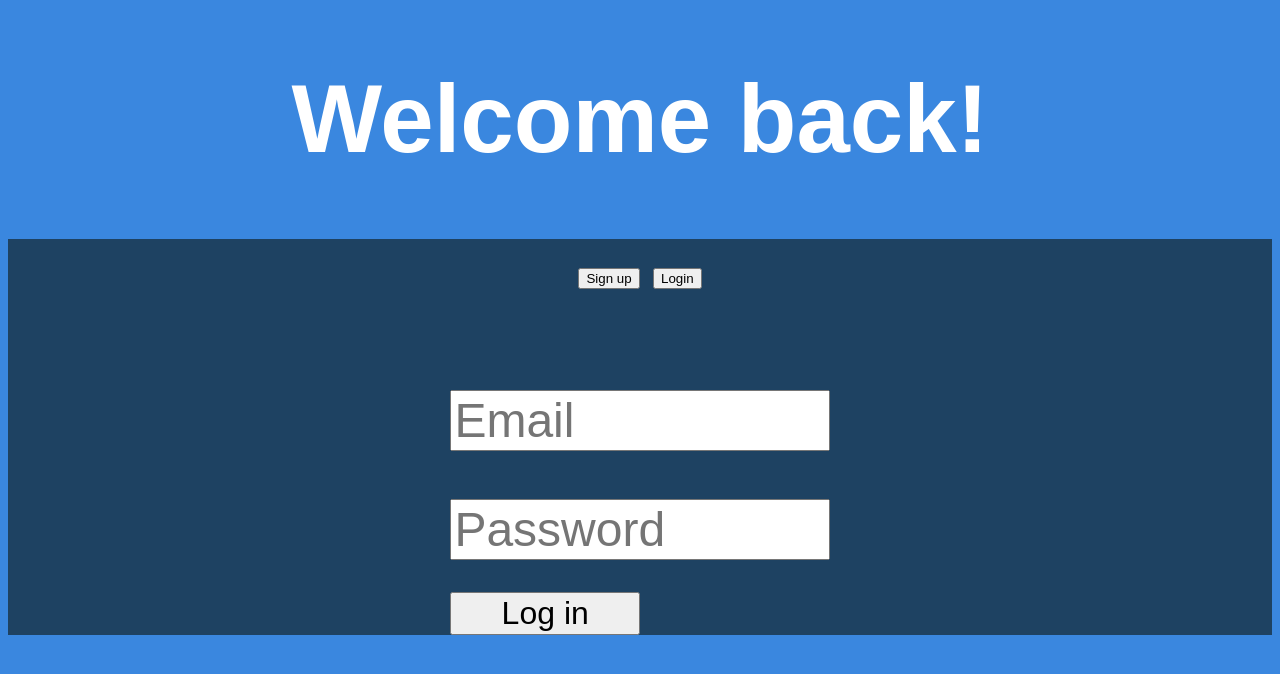
Repository: NicolasssCarlos/basic-flask-login
Page: http://localhost/
These files come from the project's save history. The page is drawn as it stood at one moment and after the next save; the edit follows.
The browser window is 1280 px wide. The pictures show the whole page.
The page is served by the project's application, run on Flask 3 (app.py).

Above is the page before, as saved 2025-06-11 20:33:38.

After the next save:
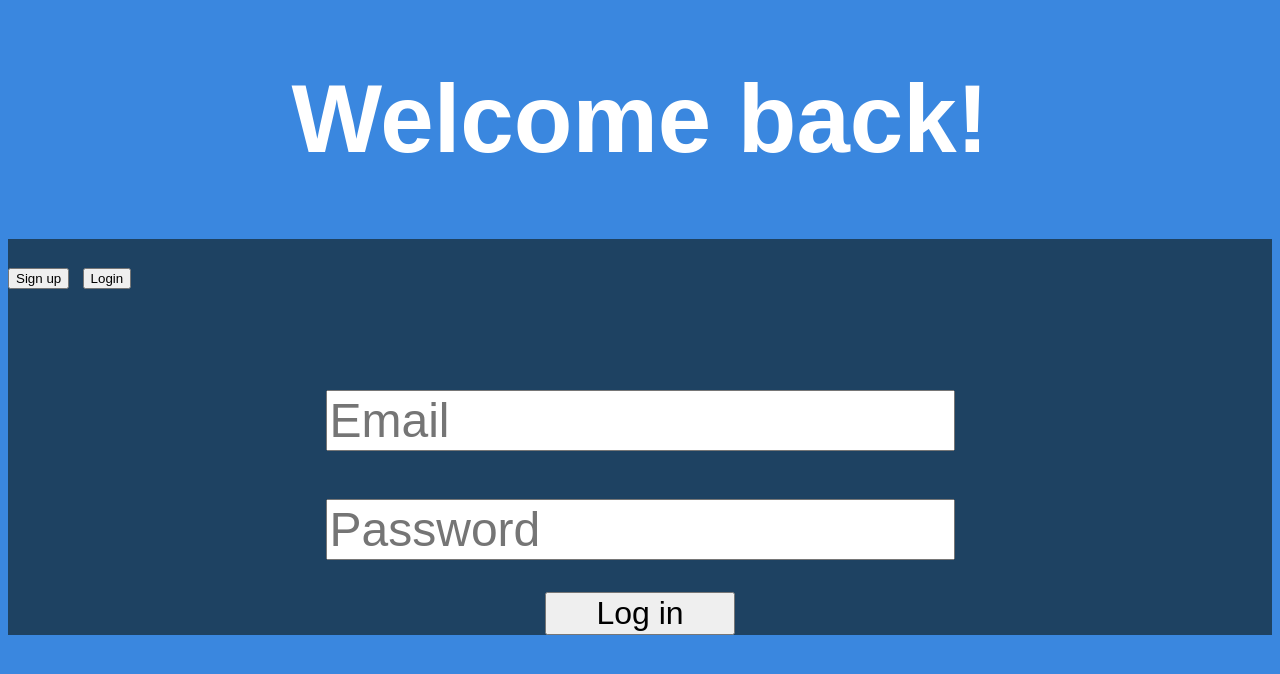
Saved 22 s later.
--- a/static/main.css
+++ b/static/main.css
@@ -38,13 +38,7 @@
 .login .container .log-in {
 
 
-    align-items: center;
 
-
-    justify-content: center;
-
-
-    text-align: center;
 
 
     background-color: #1e4262;
@@ -77,6 +71,15 @@
 
 
     margin-top: 5rem;
+
+
+    align-items: center;
+
+
+    justify-content: center;
+
+
+    text-align: center;
 }
 
 
